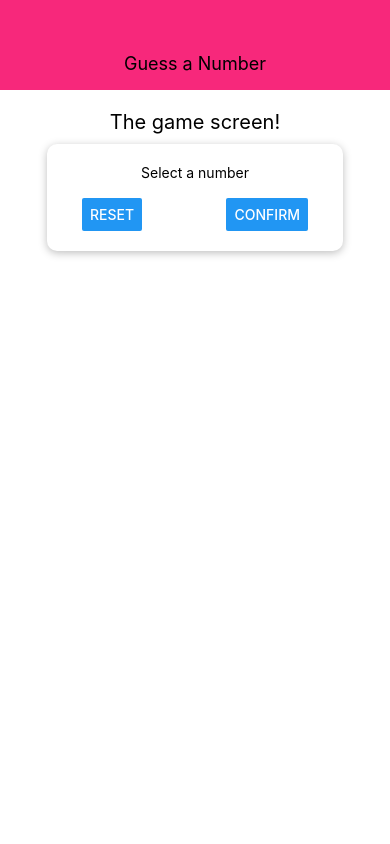
Repository: jes-wd/rn-num-guess
Screen: /
An editor plug-in stored every save of this project. The screen is shown before and after a run of saves, followed by the edit.
The app was drawn by React Native's web renderer in a window 390 px wide. The project was rebuilt for these pictures with package versions that can differ from the ones it lists, and the page was loaded fresh each time.

Above is the screen before, as saved 2020-03-21 21:48:57.

After the next 3 saves:
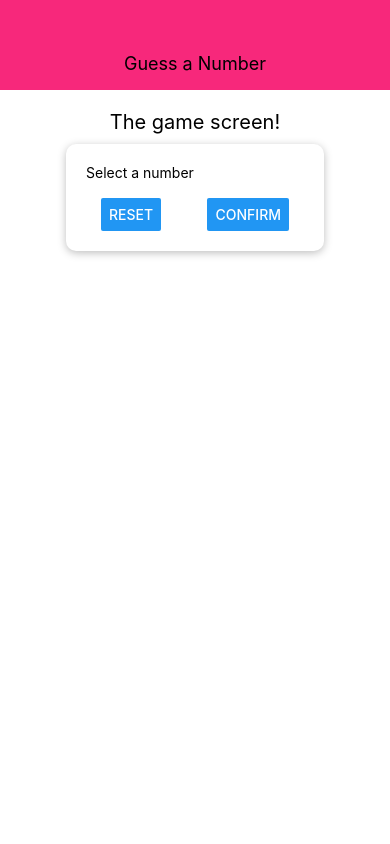
The 3 saves are shown as one change because 2 did not build or start.
The last was saved 19 min 32 s later.
--- a/screens/StartGameScreen.js
+++ b/screens/StartGameScreen.js
@@ -1,18 +1,20 @@
 import React from 'react';
 import { StyleSheet, View, Text, TextInput, Button } from 'react-native';
+
+import Card from '../components/Card';
 
 const StartGameScreen = props => {
   return (
     <View style={styles.screen}>
       <Text style={styles.title}>The game screen!</Text>
-      <View style={styles.inputContainer}>
+      <Card>
         <Text>Select a number</Text>
         <TextInput />
         <View style={styles.buttonContainer}>
           <Button title="Reset" onPress={() => {}} />
           <Button title="Confirm" onPress={() => {}} />
         </View>
-      </View>
+      </Card>
     </View>
   );
 };
@@ -27,19 +29,6 @@ const styles = StyleSheet.create({
     fontSize: 20,
     marginVertical: 10
   },
-  inputContainer: {
-    width: 300,
-    maxWidth: '80%',
-    alignItems: 'center',
-    shadowColor: 'black',
-    shadowOffset: { width: 0, height: 2 },
-    shadowRadius: 8,
-    shadowOpacity: 0.26,
-    elevation: 5,
-    backgroundColor: 'white',
-    padding: 20,
-    borderRadius: 10
-  },
   buttonContainer: {
     flexDirection: 'row',
     width: '100%',
--- a/components/Card.js
+++ b/components/Card.js
@@ -1,5 +1,5 @@
 import React from 'react';
-import { View } from 'react-native';
+import { View, StyleSheet } from 'react-native';
 
 const Card = props => {
   return (
@@ -9,7 +9,7 @@ const Card = props => {
   );
 };
 
-const syles = StyleSheet.create({
+const styles = StyleSheet.create({
   card: {
     shadowColor: 'black',
     shadowOffset: { width: 0, height: 2 },
